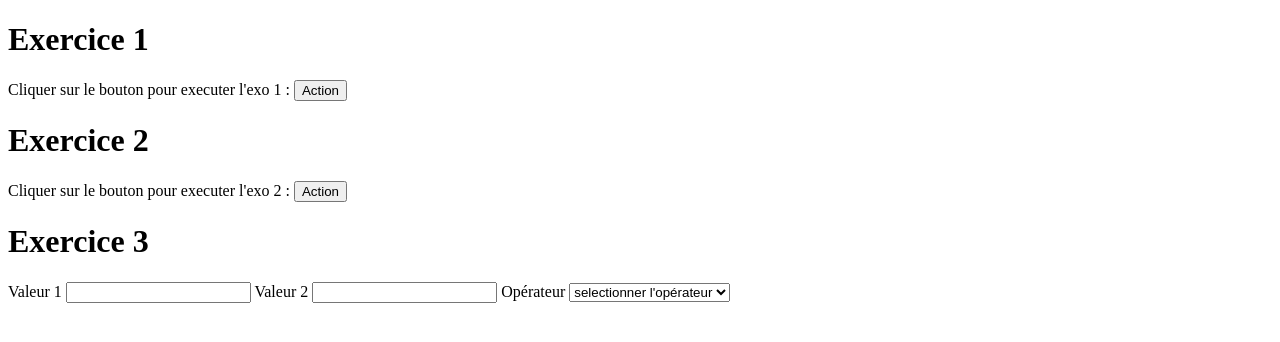
Repository: AgatheLM/formation_js
Page: insee-travaux-js/insee-client-js/exo1.html
These files come from the project's save history. The page is drawn as it stood at one moment and after the next save; the edit follows.
The browser window is 1280 px wide. The pictures show the whole page.

Above is the page before, as saved 2018-01-24 11:35:44.

### insee-travaux-js/insee-client-js/exo1.html
<!DOCTYPE html>
<html>
<head>
<meta charset="utf-8">
<meta http-equiv="X-UA-Compatible" content="IE=edge">
<title>Ma page de calcul</title>
<script type="text/javascript" src="scripts/main.js"></script>
</head>
<body>

	<h1> Exercice 1 </h1>
	<form action="">
		Cliquer sur le bouton pour executer l'exo 1 : <input type="button"
			value="Action" onclick="main()" />
	</form>

	<h1> Exercice 2 </h1>
	<form action="">
		Cliquer sur le bouton pour executer l'exo 2 : <input type="button"
			value="Action" onclick="main_exo2()" />
	</form>

	<h1> Exercice 3 </h1>
	<form action="">

			<td><label  for="val1"> Valeur 1 </td>
			<td><input type="text" name="val1" id="val1" /> </td>

			<td><label for="val2"  /> Valeur 2 </td>
			<td><input type="text" name="val2" id="val2" /> </td>


			<td><label for="operateur" > Opérateur </td>
			<td><select name="operateur" id="operateur">
					<option value="none"> selectionner l'opérateur </option>
					<option value="+"> + </option>
					<option value="-"> - </option>
					<option value="*"> * </option>
					<option value="/"> / </option>
				</select>
			</td>

	</form>


</body>
</html>

### insee-travaux-js/insee-client-js/scripts/main.js
function main(){

	// Exercice 1
	try{
		// 1 - Demande à l'utilisateur
		var largeur = prompt ('Renseigner la largeur?','');
		var longueur = prompt ('Renseigner la longueur?','');
		//2. Appel aux fonctions utilitaires
		var surface=calculSurface(longueur, largeur);
		var perimetre=calculPerimetre(longueur, largeur);
		//3. Affichage du résultat
		alert ("La surface est de " + surface);
		alert ("Le périmètre est de " + perimetre);
	} catch(e) {
		console.log(e);
	}


}

function main_exo2(){

	/*Exercice 2 : Manipulation des tableaux
	Nous souhaitons afficher les éléments d’un tableau selon l’indice fourni par un utilisateur.
	Cette action sera répétée autant de fois jusqu’à ce que l’utilisateur saisisse le nombre « -1 » pour sortir.
	Travail à faire :
	- Coder une fonction qui initialisera le tableau ci dessous :
	var tab = new Array("Hollande","ZOME","Sarkozy","LE PEN","LE MAIRE","VALLS"
	- Faire pointer l’action du bouton sur cette nouvelle fonction.
	*/

	try{
		var tab = initTableau();
		var max=tab.length;
		var i = 0;
		while (i!=-1 ){
			i = parseInt(prompt ('Quel élément voulez vous?'));
			if ( i<max){
				alert(afficheElement(tab,i));
				//i = prompt ('Quel élément voulez vous?');
			} else  {
				alert ("Indice incorrect, il n'y a que " + max + " élements");
				//i = prompt ('Quel élément voulez vous?');
			}
		}

	} catch(e) {
		console.log(e);
	}


}



/*************************
* Sous fonctions exo 1   *
*************************/


	function calculSurface (longueur, largeur)  {
		try {
			surface=longueur*largeur;
			return surface;
		} catch(e){
			console.log(e);
		}

	}

	function calculPerimetre (longueur, largeur){
		try {
			perimetre=2*longueur+2*largeur;
			return perimetre;
		}catch(e){
			console.log(e);
		}

	}


/*************************
* Sous fonctions exo 2   *
*************************/

	function initTableau(){
		return new Array("Hollande","ZOME","Sarkozy","LE PEN","LE MAIRE","VALLS");
	}


	function afficheElement(tab, i){
		return tab[i];
	}

After the next save:
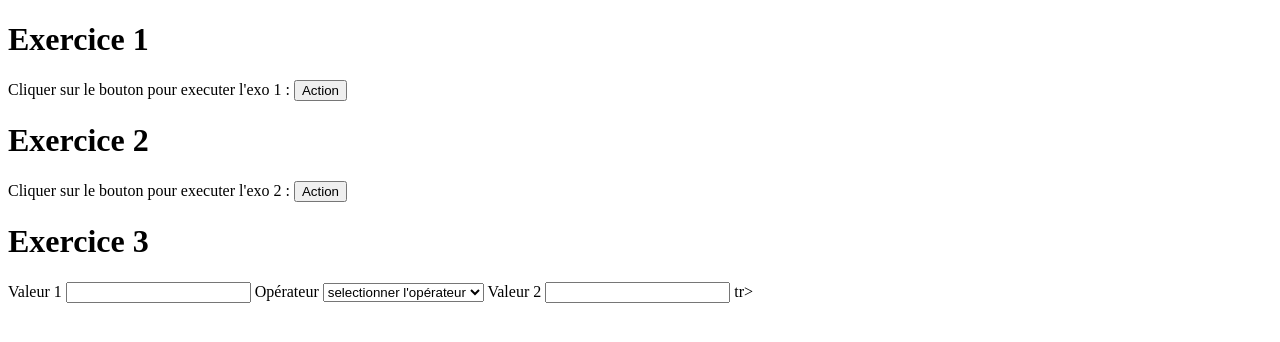
Saved 106 s later.
--- a/insee-travaux-js/insee-client-js/exo1.html
+++ b/insee-travaux-js/insee-client-js/exo1.html
@@ -22,23 +22,28 @@
 
 	<h1> Exercice 3 </h1>
 	<form action="">
-
-			<td><label  for="val1"> Valeur 1 </td>
-			<td><input type="text" name="val1" id="val1" /> </td>
-
-			<td><label for="val2"  /> Valeur 2 </td>
-			<td><input type="text" name="val2" id="val2" /> </td>
+			<tr>
+				<td><label  for="val1"> Valeur 1 </td>
+				<td><input type="text" name="val1" id="val1" /> </td>
+			</tr>
+			<tr>
+				<td><label for="operateur" > Opérateur </td>
+				<td><select name="operateur" id="operateur">
+						<option value="none"> selectionner l'opérateur </option>
+						<option value="+"> + </option>
+						<option value="-"> - </option>
+						<option value="*"> * </option>
+						<option value="/"> / </option>
+					</select>
+			</td>
+			</tr>
+			<tr>
+				<td><label for="val2"  /> Valeur 2 </td>
+				<td><input type="text" name="val2" id="val2" /> </td>
+			</tr>tr>
 
 
-			<td><label for="operateur" > Opérateur </td>
-			<td><select name="operateur" id="operateur">
-					<option value="none"> selectionner l'opérateur </option>
-					<option value="+"> + </option>
-					<option value="-"> - </option>
-					<option value="*"> * </option>
-					<option value="/"> / </option>
-				</select>
-			</td>
+
 
 	</form>
 
